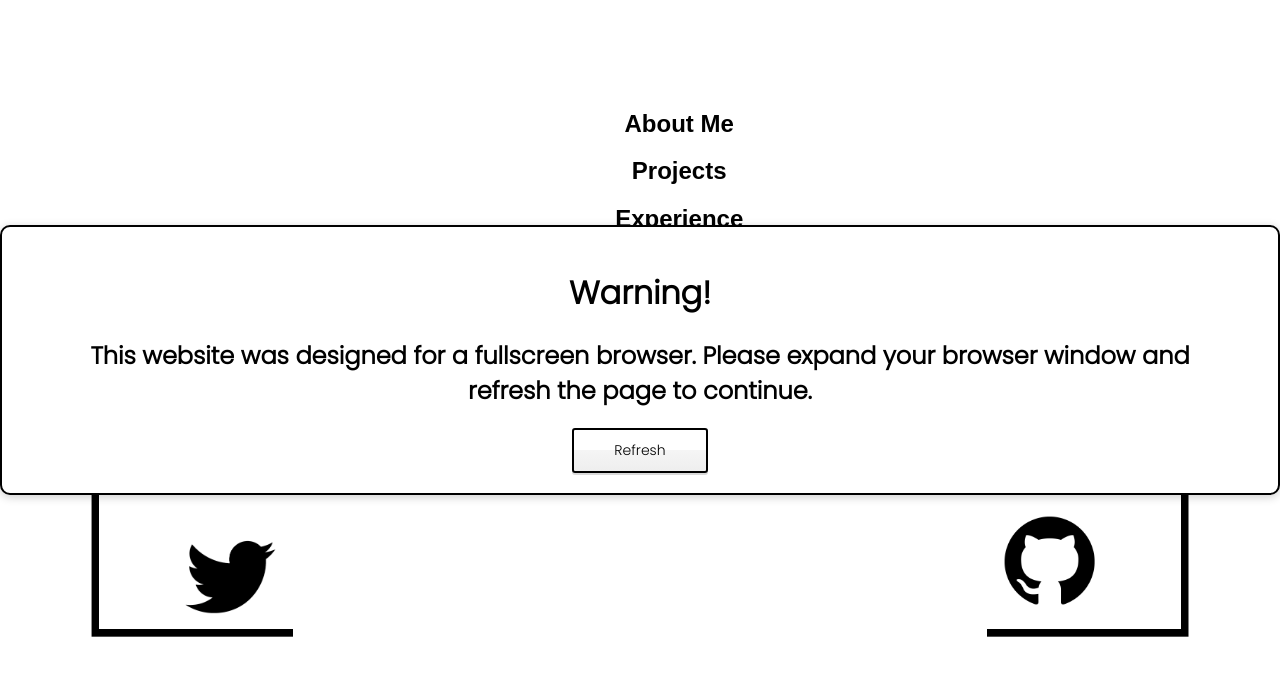
Repository: notMaximilian/maximilianaquino.github.io
Page: index.html
An editor plug-in stored every save of this project. The page is shown before and after the next save, followed by the edit.
The browser window is 1280 px wide. The pictures show the whole page.

Above is the page before, as saved 2022-02-09 17:08:48.
Console error: TypeError: Failed to execute 'removeChild' on 'Node': parameter 1 is not of type 'Node'.

After the next save:
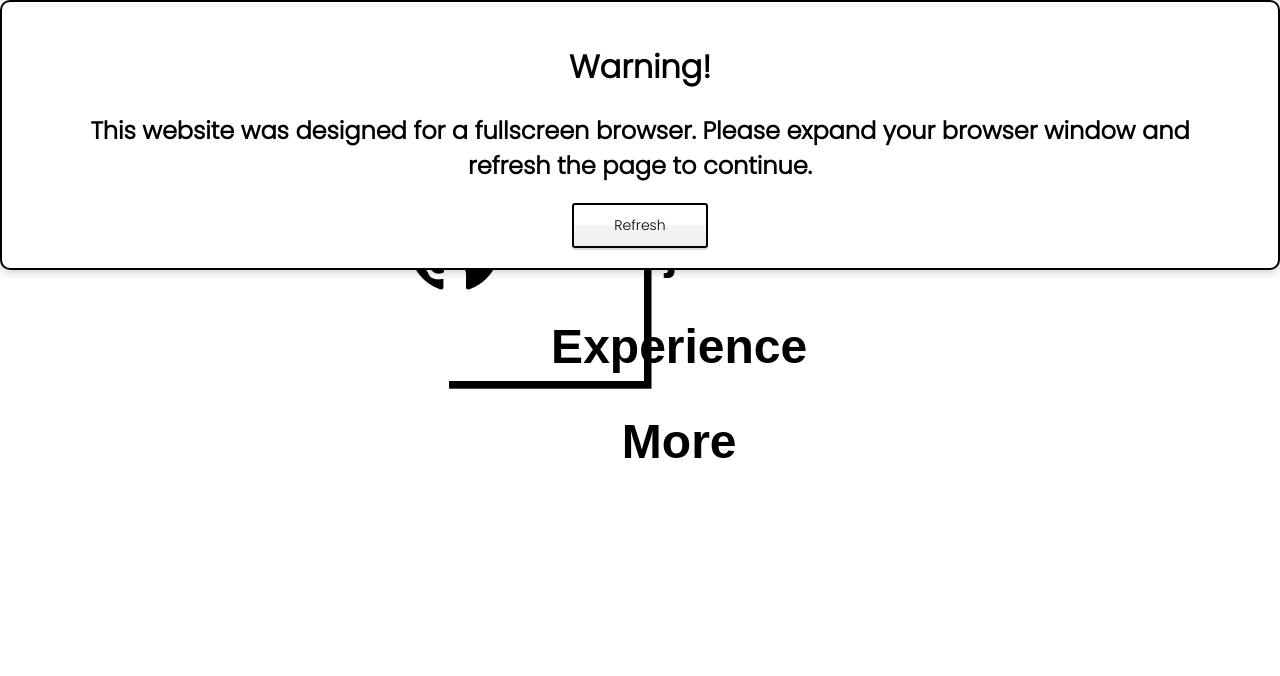
Saved 30 s later.
--- a/index.html
+++ b/index.html
@@ -26,7 +26,7 @@
   <div class="wrap">
     <div class="game-wrapper">
       <div class="game"></div>
-
+      <h1
 
       <div class="mainNav">
         <ul class = "navmenu">
